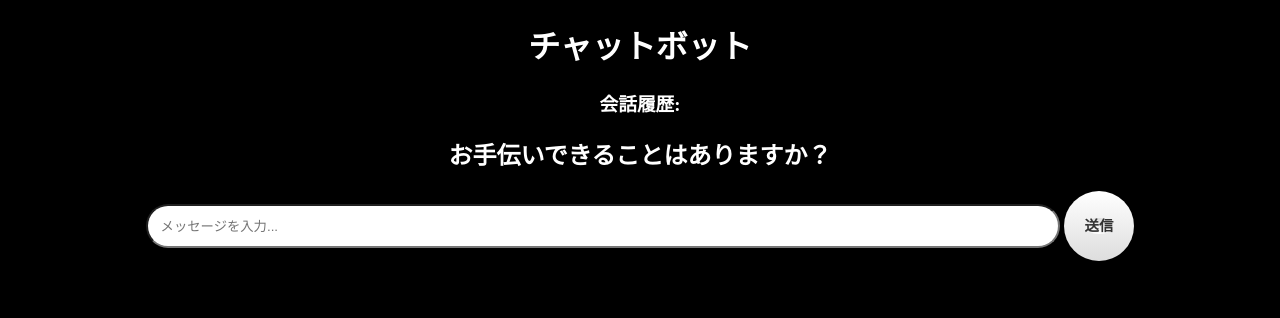
Repository: takumidayo0904/chatbot
Page: http://localhost/ChatBot/
The author's editor kept a copy of each file at every save. The page is drawn from the files as they stood at one save, then again after the next save.
The browser window is 1280 px wide. The pictures show the whole page.
The page is served by Tomcat 9.

Above is the page before, as saved 2025-02-03 08:29:29.

After the next save:
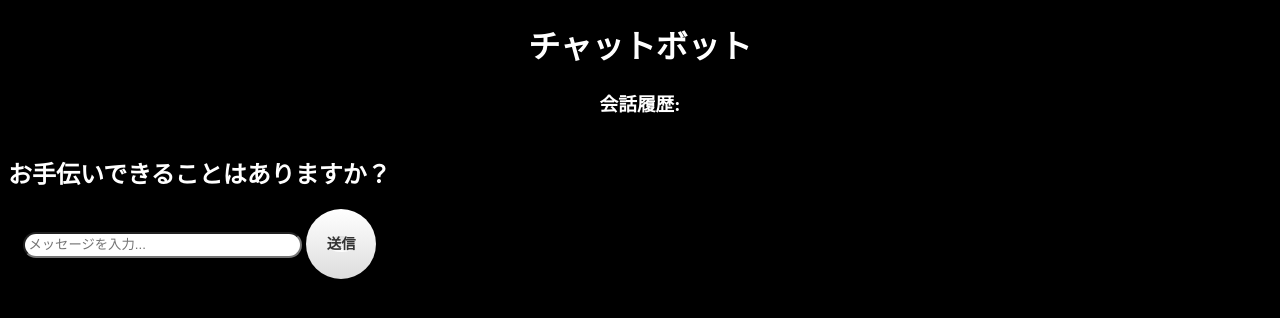
Saved 86 min 42 s later.
--- a/ChatBot/WebContent/index.jsp
+++ b/ChatBot/WebContent/index.jsp
@@ -55,6 +55,10 @@
 h1, h2 {
 	color: #FFF;
 }
+.chat-input{
+position: fixed;
+}
+
 </style>
 </head>
 <body>
